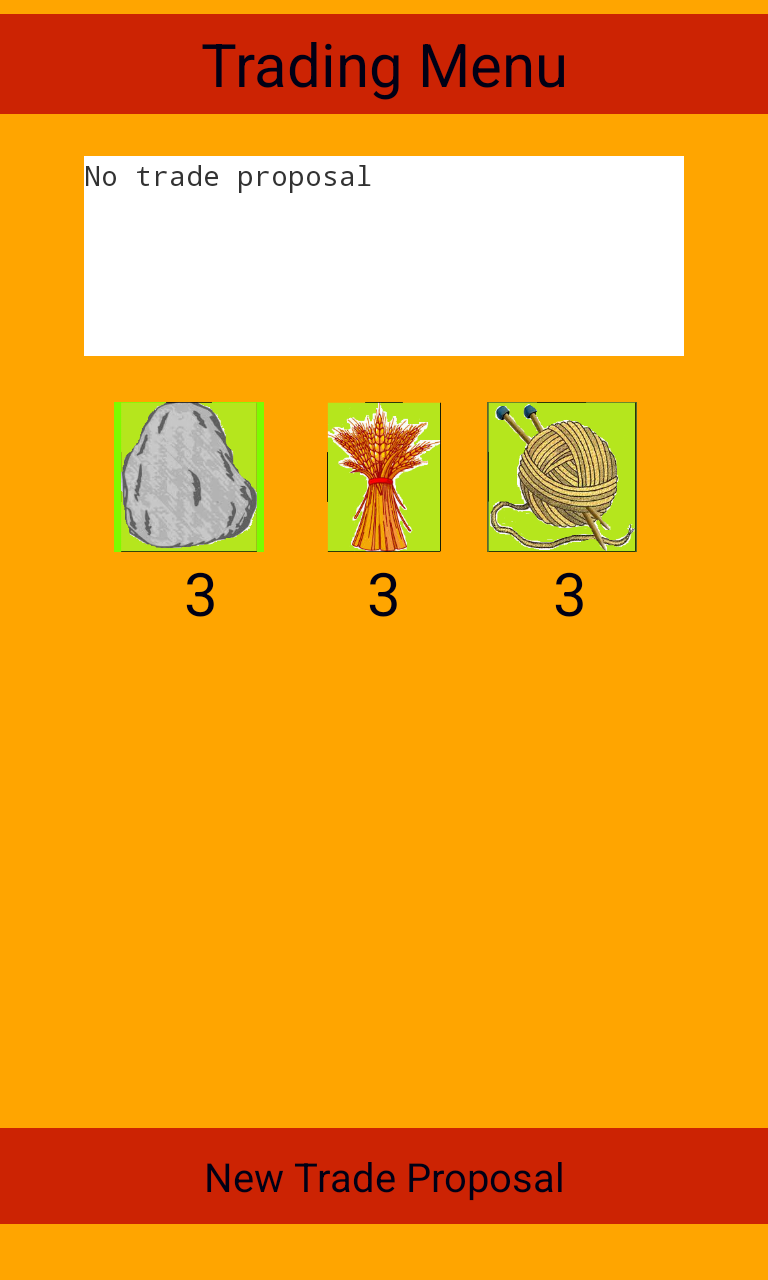
Repository: nidafarooqui/Trading-Game-Version-3
Layout: TaikunClient/res/layout/activity_taikun_game.xml
The author's editor kept a copy of each file at every save. The layout is drawn from the files as they stood at one save, then again after the next save.
It is drawn on a 768 x 1280 px phone screen (xhdpi) without system bars, with theme AppTheme; the app's code is not run.

Above is the layout before, as saved 2014-08-17 00:41:26.

After the next save:
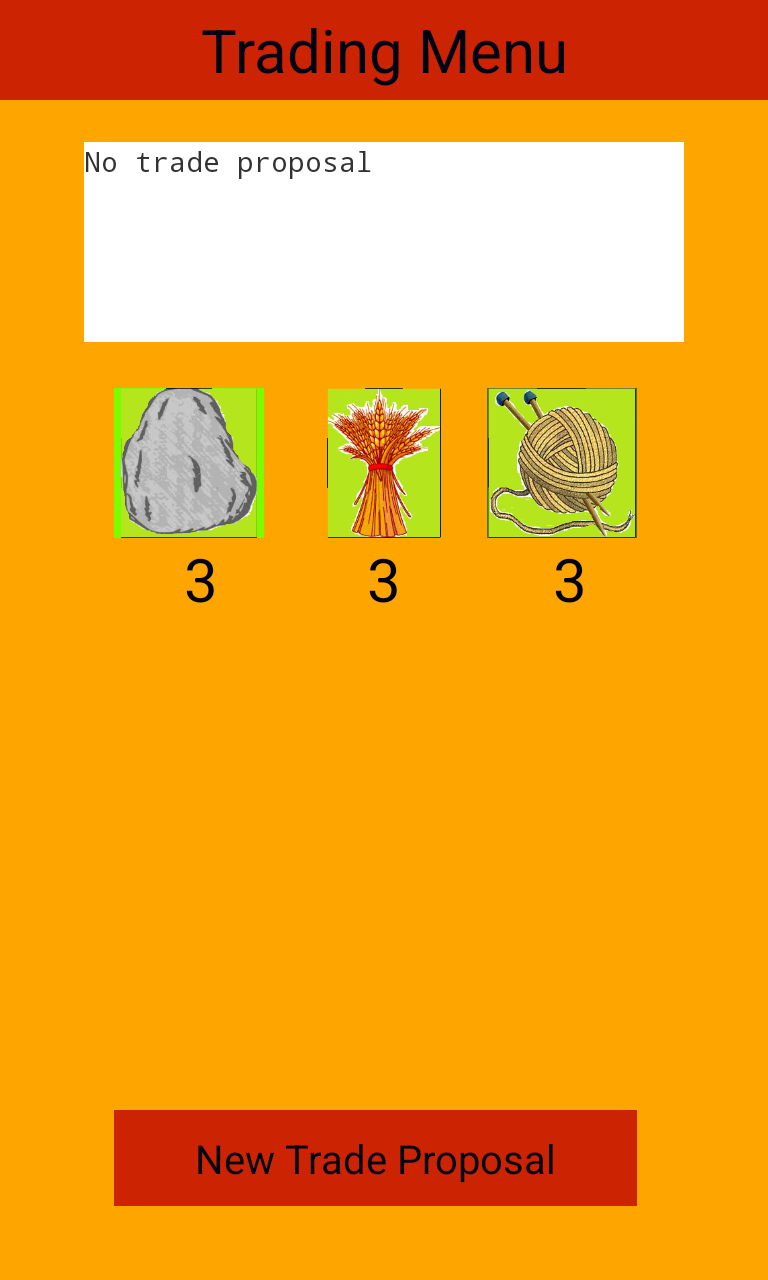
Saved 72 s later.
--- a/TaikunClient/res/layout/activity_taikun_game.xml
+++ b/TaikunClient/res/layout/activity_taikun_game.xml
@@ -9,32 +9,13 @@
         android:id="@+id/woolGoalState"
         android:layout_width="wrap_content"
         android:layout_height="wrap_content"
-        android:layout_alignBaseline="@+id/wheatGoalState"
         android:layout_alignBottom="@+id/wheatGoalState"
         android:layout_alignRight="@+id/woolImage"
         android:layout_below="@+id/woolImage"
-        android:layout_marginBottom="10dp"
         android:layout_marginRight="25dp"
         android:text="@string/woolTotal"
         android:textColor="@color/dark"
         android:textSize="30sp" />
-
-    <Button
-        android:id="@+id/buttonDeclineTrade"
-        style="?android:attr/buttonStyleSmall"
-        android:layout_width="match_parent"
-        android:layout_height="wrap_content"
-        android:layout_alignParentBottom="true"
-        android:layout_alignParentRight="true"
-        android:layout_marginBottom="28dp"
-        android:background="@color/darkorrange"
-        android:shadowColor="@color/lightgray"
-        android:text="New Trade Proposal"
-        android:textColor="@color/dark"
-        android:textSize="20sp"
-        android:textStyle="normal"
-        android:typeface="sans"
-        android:visibility="visible" />
 
     <ImageView
         android:id="@+id/woolImage"
@@ -45,19 +26,6 @@
         android:layout_toRightOf="@+id/wheatImage"
         android:background="@color/darkOliveGreen"
         android:src="@drawable/woolcard" />
-
-    <TextView
-        android:id="@+id/textView3"
-        android:layout_width="match_parent"
-        android:layout_height="50dp"
-        android:layout_alignParentTop="true"
-        android:layout_centerHorizontal="true"
-        android:layout_marginTop="7dp"
-        android:background="@color/darkorrange"
-        android:gravity="center_horizontal|center_vertical"
-        android:text="Trading Menu"
-        android:textColor="@color/dark"
-        android:textSize="30sp" />
 
     <ScrollView
         android:id="@+id/scrollView1"
@@ -116,4 +84,34 @@
         android:textColor="@color/dark"
         android:textSize="30sp" />
 
+    <TextView
+        android:id="@+id/textView3"
+        android:layout_width="match_parent"
+        android:layout_height="50dp"
+        android:layout_alignParentLeft="true"
+        android:layout_alignParentTop="true"
+        android:background="@color/darkorrange"
+        android:gravity="center_horizontal|center_vertical"
+        android:text="Trading Menu"
+        android:textColor="@color/dark"
+        android:textSize="30sp" />
+
+    <Button
+        android:id="@+id/buttonDeclineTrade"
+        style="?android:attr/buttonStyleSmall"
+        android:layout_width="match_parent"
+        android:layout_height="wrap_content"
+        android:layout_alignLeft="@+id/rockImage"
+        android:layout_alignParentBottom="true"
+        android:layout_alignRight="@+id/woolImage"
+        android:layout_marginBottom="37dp"
+        android:background="@color/darkorrange"
+        android:shadowColor="@color/lightgray"
+        android:text="New Trade Proposal"
+        android:textColor="@color/dark"
+        android:textSize="20sp"
+        android:textStyle="normal"
+        android:typeface="sans"
+        android:visibility="visible" />
+
 </RelativeLayout>
